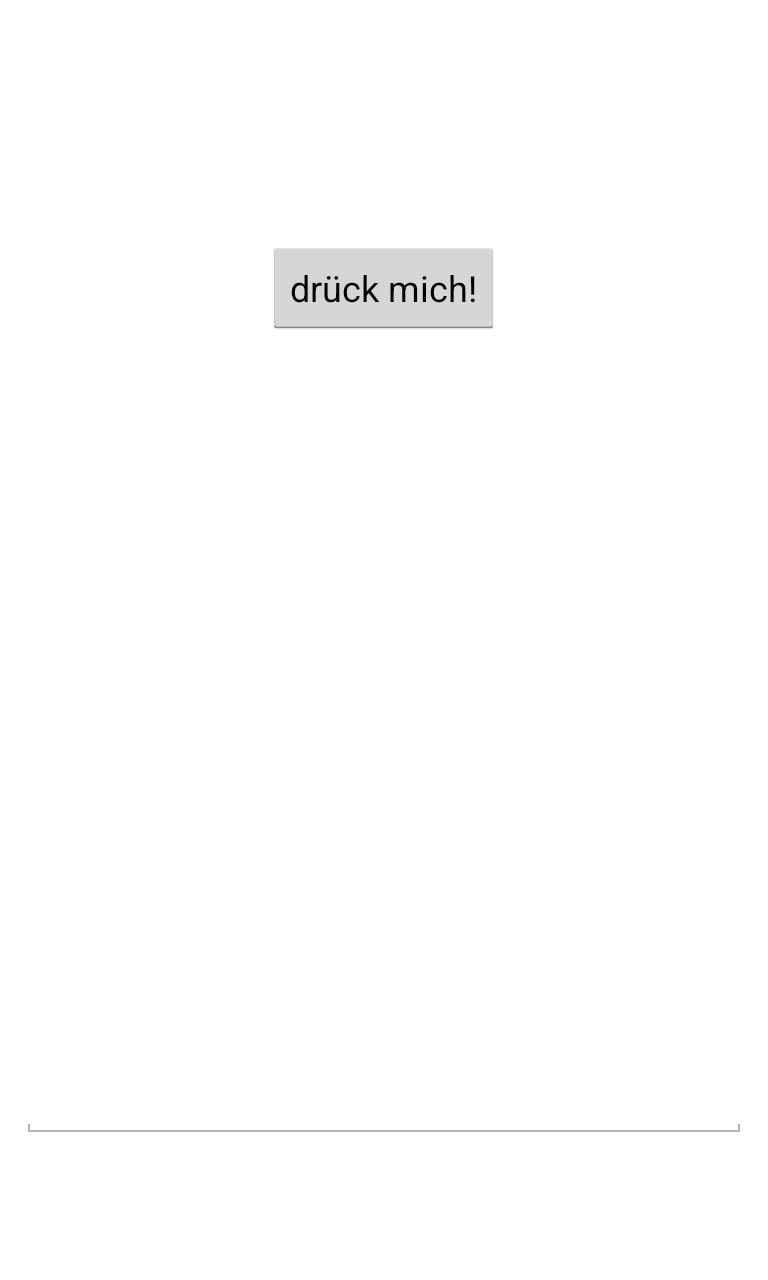
Repository: flashback2k12/ChristmasPresent
Layout: ChristmasPresent/res/layout/activity_first_coupon.xml
An editor plug-in stored every save of this project. The layout is shown before and after the next save, followed by the edit.
It is drawn on a 768 x 1280 px phone screen (xhdpi) without system bars, with theme AppTheme; the app's code is not run.

Above is the layout before, as saved 2012-12-18 19:02:34.

### ChristmasPresent/res/layout/activity_first_coupon.xml
<?xml version="1.0" encoding="utf-8"?>
<RelativeLayout xmlns:android="http://schemas.android.com/apk/res/android"
    android:layout_width="match_parent"
    android:layout_height="match_parent">

    <Button
        android:id="@+id/button1FC"
        android:layout_width="wrap_content"
        android:layout_height="wrap_content"
        android:layout_alignParentTop="true"
        android:layout_centerHorizontal="true"
        android:layout_marginTop="120dp"
        android:onClick="BtnFirstCoupon"
        android:text="@string/button_standard" />

    <EditText
        android:id="@+id/etGutschein1"
        android:layout_width="wrap_content"
        android:layout_height="fill_parent"
        android:layout_below="@+id/button1FC"
        android:layout_marginBottom="70dp"
        android:layout_marginLeft="10dp"
        android:layout_marginRight="10dp"
        android:layout_marginTop="78dp"
        android:contentDescription="@string/gutschein1"
        android:ems="30"
        android:gravity="center"
        android:inputType="textMultiLine|textLongMessage" />

</RelativeLayout>

### ChristmasPresent/res/values-v11/styles.xml
<resources>

	<style  name="AppTheme" parent="android:Theme.Holo.Light" />

</resources>

### ChristmasPresent/res/values/strings.xml
<?xml version="1.0" encoding="utf-8"?>
<resources>

    <string name="app_name">Weihnachtsgeschenk</string>
    <string name="title_activity_main">Weihnachtsgeschenk</string><string name="menu_settings">Menü</string><string name="hello_schatz_z1">Ich wünsche dir alles liebe zum Weihnachtsfest mein Schatz. :-* </string>
    <string name="hello_schatz_z2">Ich hoffe, dass dir die nächsten Punkte gefallen werden!!! :-)</string>

    <string name="button_standard">drück mich!</string>
    <string name="button_zurueck">zurück :-*</string><string name="checkbox1">Gutschein 1</string>
    <string name="checkbox2">Gutschein 2</string>
    <string name="checkbox3">Gutschein 3</string>
    <string name="checkbox4">Gutschein 4</string>
    <string name="checkbox5">Gutschein 5</string>
    <string name="gutschein1">Ein Gutschein für einen Kinobesuch deiner Wahl!</string>
    <string name="gutschein2">Ein Gutschein zum Essen gehen deiner Wahl!</string>
    <string name="gutschein3">Ein Gutschein für eine Massage!</string>
    <string name="gutschein4">Ein Gutschein für ein Candlelight Dinner!</string>
    <string name="gutschein5">Ein Gutschein für 4 Knutsch-Fotos im Passbildautomat (Ecke Löffelfamilie)!</string>


</resources>

Loaded but not shown: ChristmasPresent/res/values-v14/styles.xml (common file); ChristmasPresent/res/values/styles.xml (common file)

After the next save:
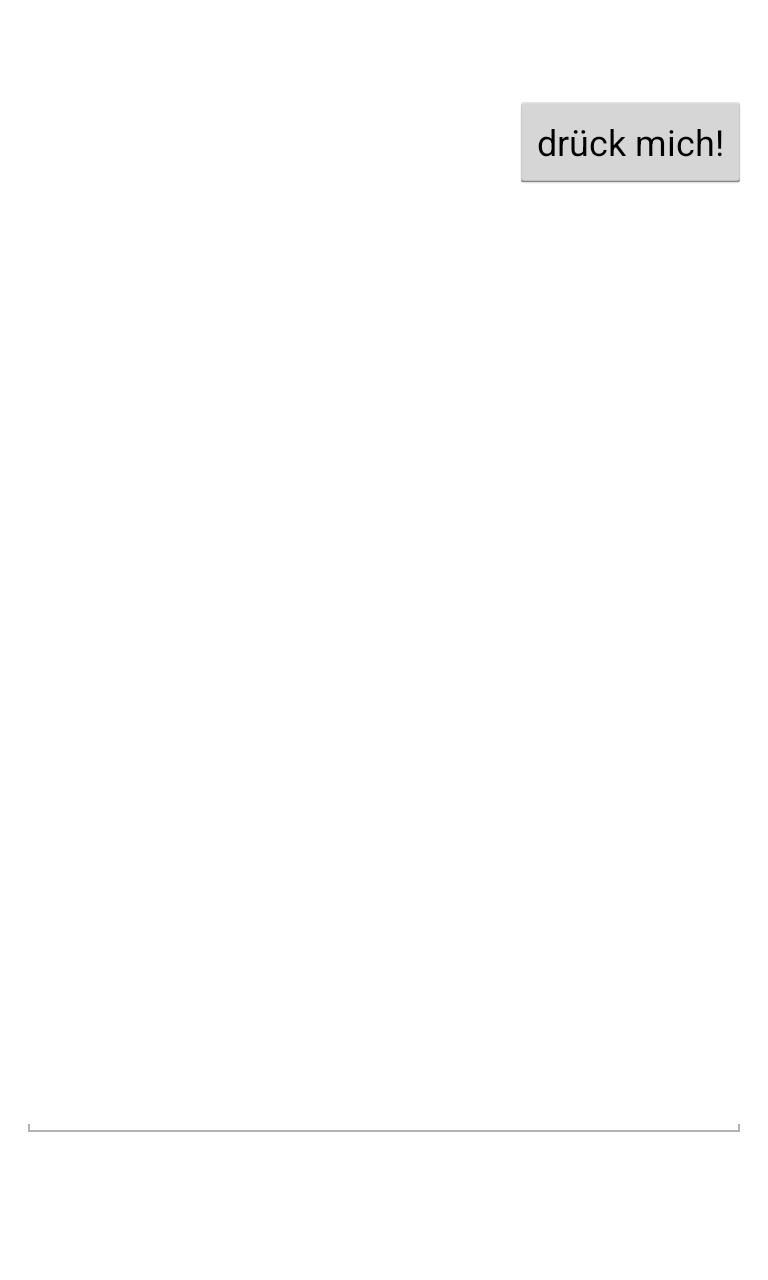
Saved 69 s later.
--- a/ChristmasPresent/res/layout/activity_first_coupon.xml
+++ b/ChristmasPresent/res/layout/activity_first_coupon.xml
@@ -2,29 +2,28 @@
 <RelativeLayout xmlns:android="http://schemas.android.com/apk/res/android"
     android:layout_width="match_parent"
     android:layout_height="match_parent">
+
+    <EditText
+        android:id="@+id/etGutschein1"
+        android:layout_width="wrap_content"
+        android:layout_height="fill_parent"
+        android:layout_marginBottom="70dp"
+        android:layout_marginLeft="10dp"
+        android:layout_marginRight="10dp"
+        android:layout_marginTop="10dp"
+        android:contentDescription="@string/gutschein1"
+        android:ems="30"
+        android:gravity="center"
+        android:inputType="textMultiLine|textLongMessage" />
 
     <Button
         android:id="@+id/button1FC"
         android:layout_width="wrap_content"
         android:layout_height="wrap_content"
         android:layout_alignParentTop="true"
-        android:layout_centerHorizontal="true"
-        android:layout_marginTop="120dp"
+        android:layout_alignRight="@+id/etGutschein1"
+        android:layout_marginTop="47dp"
         android:onClick="BtnFirstCoupon"
         android:text="@string/button_standard" />
 
-    <EditText
-        android:id="@+id/etGutschein1"
-        android:layout_width="wrap_content"
-        android:layout_height="fill_parent"
-        android:layout_below="@+id/button1FC"
-        android:layout_marginBottom="70dp"
-        android:layout_marginLeft="10dp"
-        android:layout_marginRight="10dp"
-        android:layout_marginTop="78dp"
-        android:contentDescription="@string/gutschein1"
-        android:ems="30"
-        android:gravity="center"
-        android:inputType="textMultiLine|textLongMessage" />
-
 </RelativeLayout>
